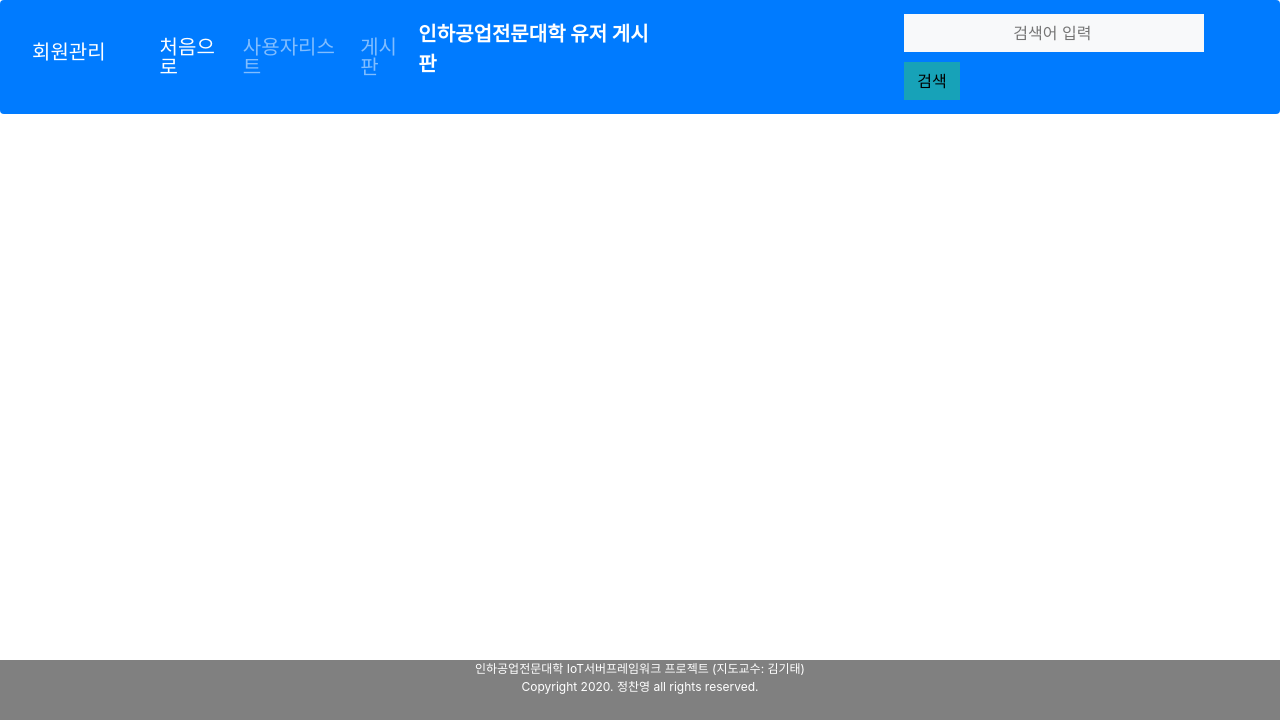
Repository: 201645032/IoTServerFrameWork
Page: http://localhost/layout/default
The author's editor kept a copy of each file at every save. The page is drawn from the files as they stood at one save, then again after the next save.
The browser window is 1280 px wide. The pictures show the whole page.
Some web fonts or font styles are not loaded; a fallback is used. The page is this project's Thymeleaf template; nobody is signed in. The template is opened directly, without the code that normally fills it, so the values that code supplies are empty.

Above is the page before, as saved 2020-06-11 06:04:19.

After the next save:
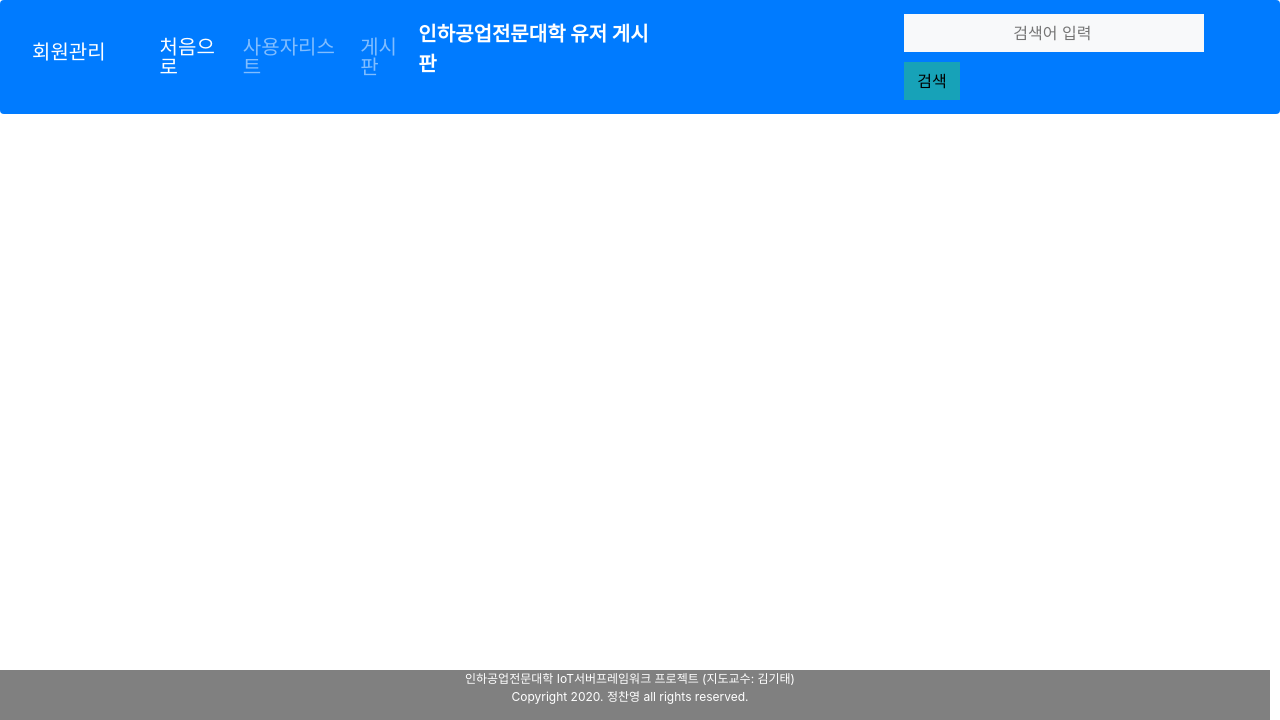
Saved 4 s later.
--- a/MyProject/src/main/resources/templates/layout/default.html
+++ b/MyProject/src/main/resources/templates/layout/default.html
@@ -6,7 +6,7 @@
 left: 0;
 right: 0;
 text-align:center;
-margin:0px;
+margin:-10px;
 padding:-70px;
 font-size:12px;
 }
